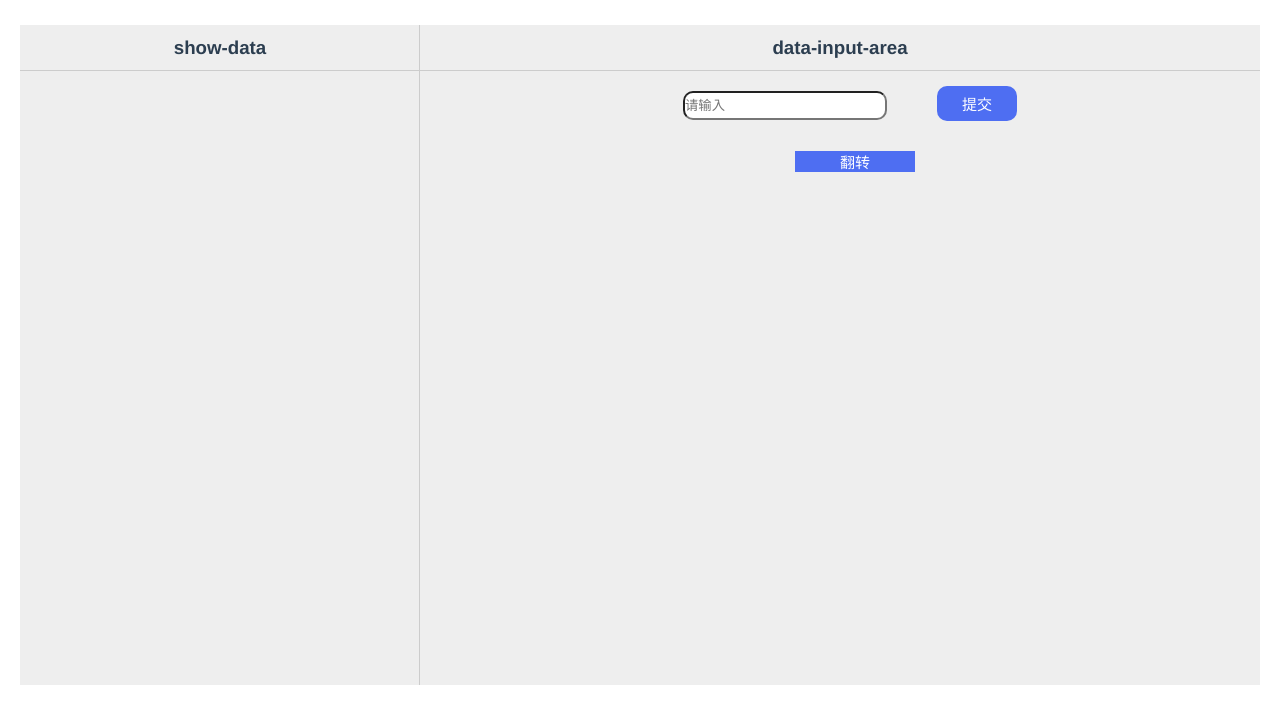
Repository: z-xy-git/demofirst
Page: /home/reverseShowData
An editor plug-in stored every save of this project. The page is shown before and after the next save, followed by the edit.
The browser window is 1280 px wide. The pictures show the whole page.
The project was rebuilt for these pictures with package versions that can differ from the ones it lists, and the page was loaded fresh each time.

Above is the page before, as saved 2021-03-01 15:28:45.

After the next save:
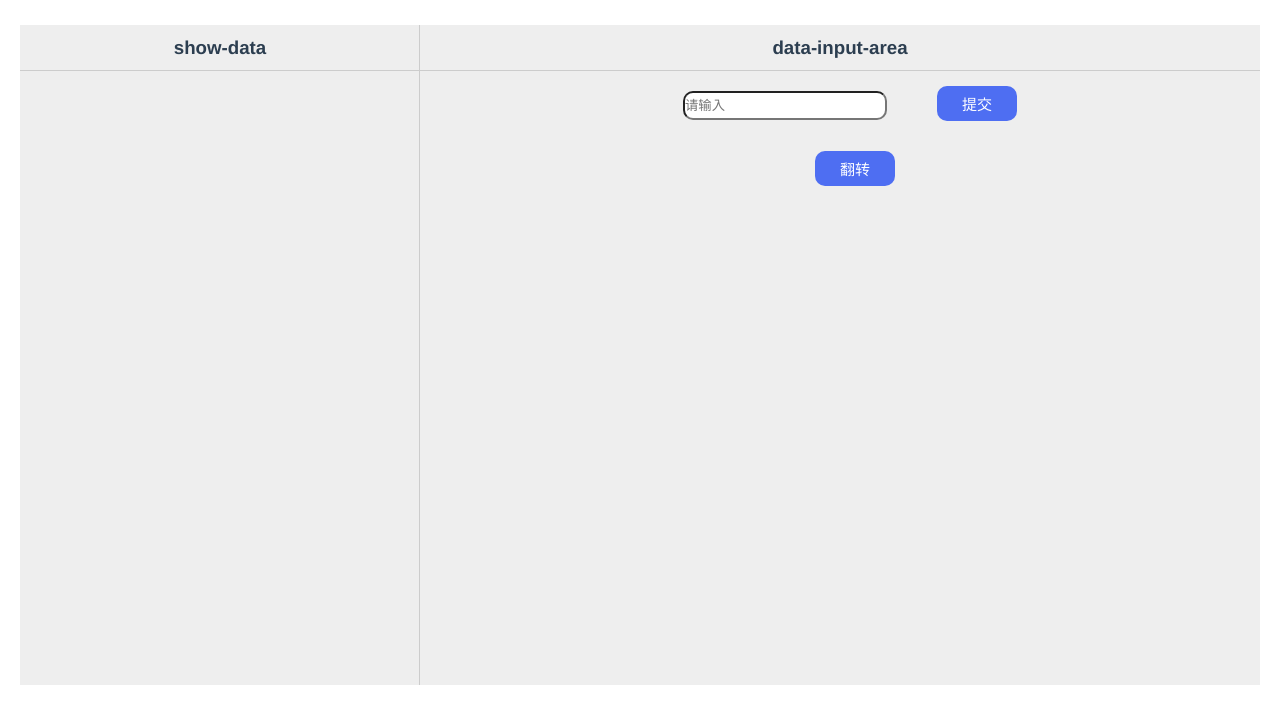
Saved 24 s later.
--- a/src/views/Home.vue
+++ b/src/views/Home.vue
@@ -111,6 +111,8 @@ export default {
     border-radius: 10px;
   }
   .right-reverse-btn .btn-style{
-    width: 120px;
+    width: 80px;
+    height: 35px;
+    border-radius: 10px;
   }
 </style>
